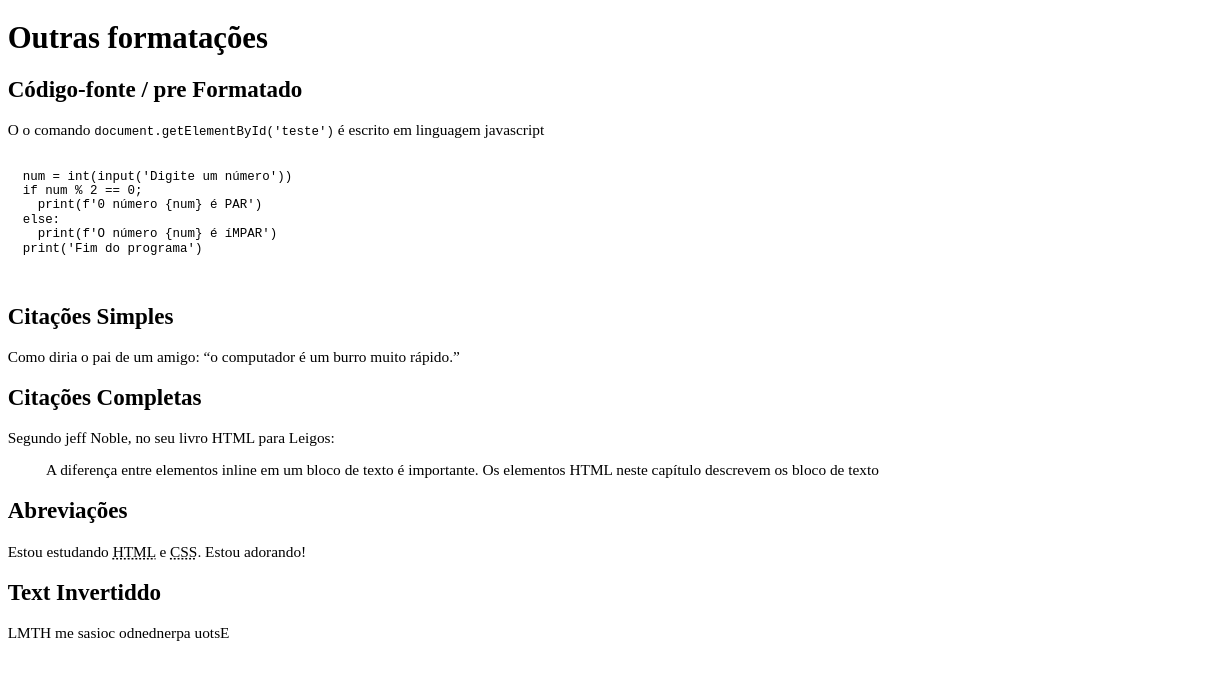
Repository: pheonix5/Estudo
Page: html-css/exercicios/ex008b/index.html
An editor plug-in stored every save of this project. The page is shown before and after the next save, followed by the edit.
The browser window is 1280 px wide. The pictures show the whole page, at 96% of full size.

Above is the page before, as saved 2023-08-01 23:00:05.

### html-css/exercicios/ex008b/index.html
<!DOCTYPE html>
<html lang="pt-br">
<head>
  <meta charset="UTF-8">
  <meta name="viewport" content="width=device-width, initial-scale=1.0">
  <title>outras formatações</title>
</head>
<body>
  <h1>Outras formatações</h1>
  <h2>Código-fonte / pre Formatado</h2>
  <p>O o comando <code>document.getElementById('teste')</code> é escrito em linguagem javascript</p>
  <pre>
    <code>
  num = int(input('Digite um número'))
  if num % 2 == 0;
    print(f'0 número {num} é PAR')
  else:
    print(f'O número {num} é íMPAR')
  print('Fim do programa')
    </code>
  </pre>

  <h2>Citações Simples</h2>
  <p>Como diria o pai de um amigo: <q>o computador é um burro muito rápido.</q></p>

  <h2>Citações Completas</h2>
  <p>Segundo jeff Noble, no seu livro HTML para Leigos: </p>
  <blockquote cite="www.google.com">
    A diferença entre elementos inline em um bloco de texto é importante. Os elementos HTML neste capítulo descrevem os bloco de texto
  </blockquote>

  <h2>Abreviações</h2>
  <p>Estou estudando <abbr title="HyperText Markup Language">HTML</abbr> e <abbr title="Cascading Style Sheets">CSS</abbr>. Estou
    adorando!</p>

  <h2>Text Invertiddo</h2>
  <p><bdo dir="rtl">Estou aprendendo coisas em HTML</bdo></p>
</body>
</html>

After the next save:
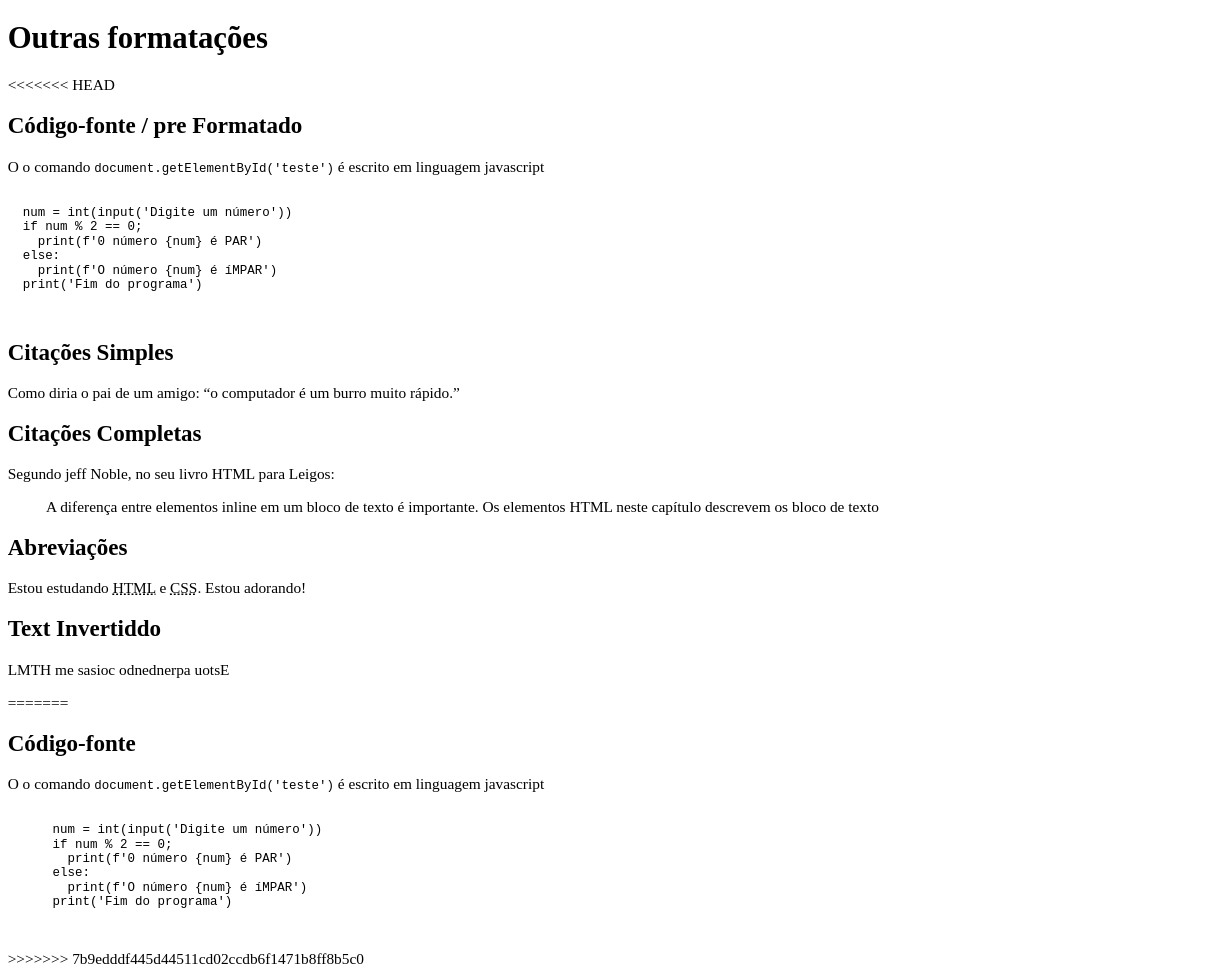
Saved 16 h 38 min later.
--- a/html-css/exercicios/ex008b/index.html
+++ b/html-css/exercicios/ex008b/index.html
@@ -7,6 +7,7 @@
 </head>
 <body>
   <h1>Outras formatações</h1>
+<<<<<<< HEAD
   <h2>Código-fonte / pre Formatado</h2>
   <p>O o comando <code>document.getElementById('teste')</code> é escrito em linguagem javascript</p>
   <pre>
@@ -35,5 +36,19 @@
 
   <h2>Text Invertiddo</h2>
   <p><bdo dir="rtl">Estou aprendendo coisas em HTML</bdo></p>
+=======
+  <h2>Código-fonte</h2>
+  <p>O o comando <code>document.getElementById('teste')</code> é escrito em linguagem javascript</p>
+  <pre>
+    <code>
+      num = int(input('Digite um número'))
+      if num % 2 == 0;
+        print(f'0 número {num} é PAR')
+      else:
+        print(f'O número {num} é íMPAR')
+      print('Fim do programa')
+    </code>
+  </pre>
+>>>>>>> 7b9edddf445d44511cd02ccdb6f1471b8ff8b5c0
 </body>
 </html>
